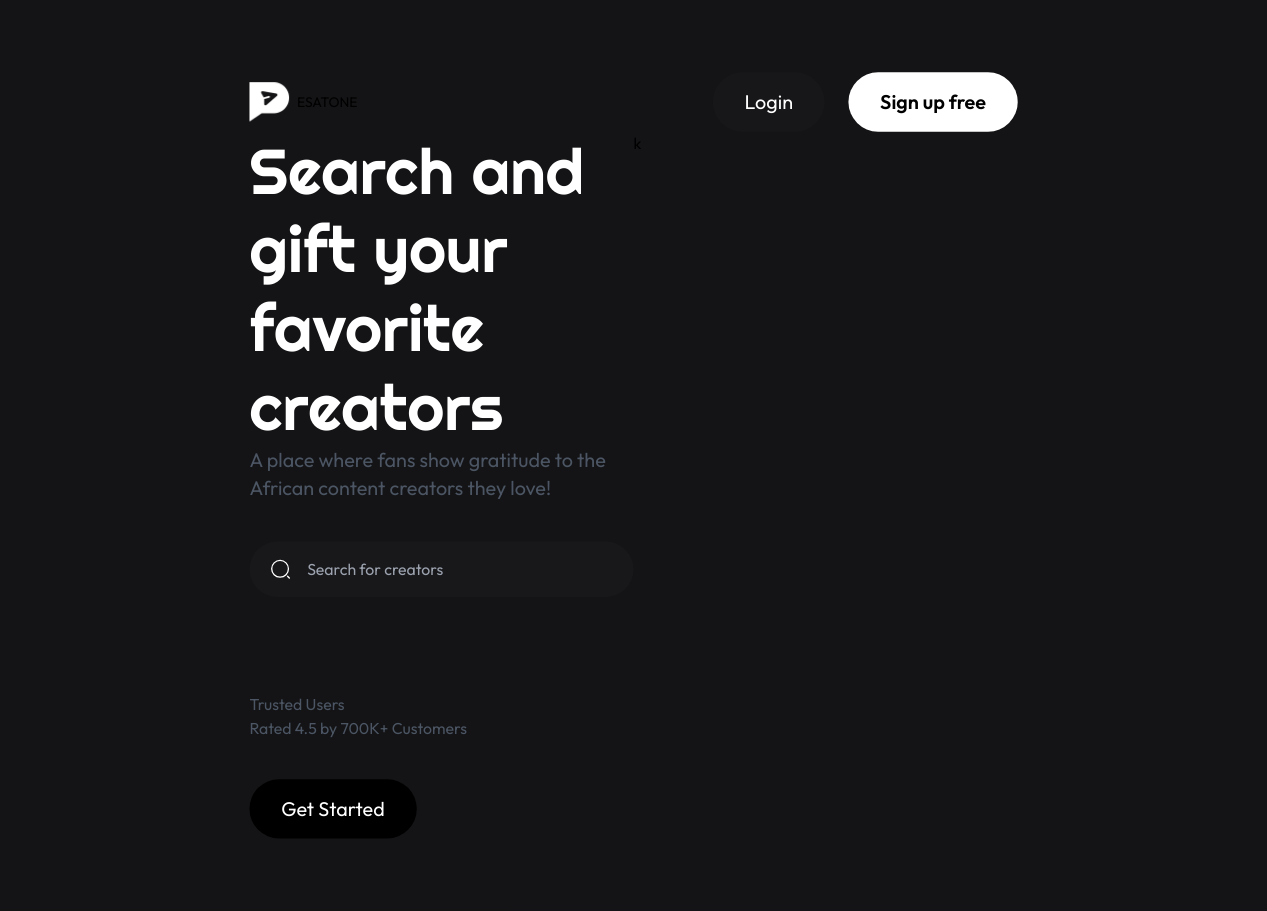
Repository: felixdusengimana/capstone-project-mirror
Page: / (app in frontend/)
An editor plug-in stored every save of this project. The page is shown before and after the next save, followed by the edit.
The browser window is 1280 px wide. The pictures show the whole page, at 99% of full size.
The project was rebuilt for these pictures with package versions that can differ from the ones it lists, and the page was loaded fresh each time. The framework's server and built-in components were replaced by stand-ins that run in the browser. Also part of the build but not shown: frontend/next.config.mjs.

Above is the page before, as saved 2024-03-11 12:33:44.

### frontend/app/layout.tsx
import type { Metadata } from "next";
import { Righteous, Outfit } from "next/font/google";
import "./globals.css";

const outfit = Outfit({ subsets: ["latin"], variable: "--font-outfit" });
const righteous = Righteous({
  subsets: ["latin"],
  variable: "--font-righteous",
  weight: "400",
});

export const metadata: Metadata = {
  title: "Pesatone - Search and gift your favorite creators",
  description:
    "A place where fans show gratitude to the African content creators they love!",
};

export default function RootLayout({
  children,
}: Readonly<{
  children: React.ReactNode;
}>) {
  return (
    <html lang="en">
      <body className={`${outfit.variable} ${righteous.variable} font-sans`}>
        {children}
      </body>
    </html>
  );
}

### frontend/app/page.tsx
import Intro from "@/components/organisms/Intro";
import Navbar from "@/components/organisms/Navbar";
import React from "react";

export default function page() {
  return (
    <div className="py-[73px]">
      <Navbar />
      <Intro />
    </div>
  );
}

### frontend/app/globals.css
@tailwind base;
@tailwind components;
@tailwind utilities;

:root {
  --bg: #141416;
  --bg-hover: #232326;
  --secondary-color: #17171A;
  --foreground-rgb: 0, 0, 0;
  --background-start-rgb: 214, 219, 220;
  --background-end-rgb: 255, 255, 255;
}

@media (prefers-color-scheme: dark) {
  :root {
    --foreground-rgb: 255, 255, 255;
    --background-start-rgb: 0, 0, 0;
    --background-end-rgb: 0, 0, 0;
  }
}

body {
  background: var(--bg);
  color: rgb(var(--foreground-rgb));
}

@layer utilities {
  .text-balance {
    text-wrap: balance;
  }
}

.page-padding {
  padding: 0 252px;
}

### frontend/components/organisms/Intro.tsx
"use client";

import Headline from "@/components/atoms/Headline";
import Search from "@/components/molecules/Search";
import Button from "../atoms/Button";

export default function Intro() {
  return (
    <div className="grid grid-cols-2 page-padding">
      <div>
        <Headline className="text-[64px] leading-[79.47px]">
          Search and gift your favorite creators
        </Headline>
        <p className="text-xl text-gray-600 max-w-[535px]">
          A place where fans show gratitude to the African content creators they
          love!
        </p>
        <Search
          className="max-w-[502px] mt-10"
          onSearch={(value) => {
            console.log({ value });
          }}
        />

        <p className="text-gray-600 mt-24 text-base">
          Trusted Users <br />
          Rated 4.5 by 700K+ Customers
        </p>
        <div>
          <Button className="mt-10">Get Started</Button>
        </div>
      </div>
      <div>k</div>
    </div>
  );
}

### frontend/components/organisms/Navbar.tsx
import Image from "next/image";
import Button from "../atoms/Button";
import Link from "next/link";

export default function Navbar() {
  return (
    <div className="page-padding flex justify-between items-center">
      <Link href={"/"} className="flex  items-center gap-2">
        <Image
          src="/logo-white.png"
          alt="PESATONElogo"
          width={40}
          height={40}
        />
        <p className="text-sm">ESATONE</p>
      </Link>
      <div className="flex items-center gap-6">
        <Link href={"/login"}>
          <Button variant="secondary" className="px-12">
            Login
          </Button>
        </Link>
        <Link href={"/join"}>
          <Button variant="white" className="font-semibold">
            Sign up free
          </Button>
        </Link>
      </div>
    </div>
  );
}

### frontend/components/atoms/Headline.tsx
import { ComponentProps } from "react";

interface HeadlineProps extends ComponentProps<"h1"> {}

export default function Headline({ ...props }: HeadlineProps) {
  return (
    <div className={`font-mono text-white ${props.className}`}>
      {props.children}
    </div>
  );
}

### frontend/components/molecules/Search.tsx
"use client";
import { ComponentProps, useEffect, useState } from "react";
import Icon from "../atoms/Icon";

interface SearchProps extends ComponentProps<"div"> {
  placeholder?: string;
  onSearch?: (query: string) => void;
  onClear?: () => void;
}
export default function Search({
  placeholder = "Search for creators",
  onSearch,
  onClear,
  ...props
}: SearchProps) {
  const [query, setQuery] = useState("");

  // return value after 300ms
  useEffect(
    () => {
      const timer = setTimeout(() => {
        onSearch?.(query);
      }, 300);
      return () => clearTimeout(timer);
    },
    // eslint-disable-next-line react-hooks/exhaustive-deps
    [query]
  );

  return (
    <div
      {...props}
      className={`flex bg-[#2C2C3033] px-5 py-4 gap-4 rounded-full ${props.className}`}
    >
      <Icon name="search" onClick={() => onSearch?.(query)} />
      <input
        type="text"
        placeholder={placeholder}
        className="w-full text-white bg-transparent outline-none"
        onChange={(e) => setQuery(e.target.value)}
      />
    </div>
  );
}

### frontend/components/atoms/Button.tsx
import { ComponentProps } from "react";

interface ButtonProps extends ComponentProps<"button"> {
  variant?: "dark" | "white" | "blurred" | "secondary";
  size?: "sm" | "md" | "lg";
  bordered?: boolean;
}

export default function Button({ ...props }: ButtonProps) {
  const { variant = "dark", size = "md", bordered = false } = props;

  const variantClasses = {
    dark: "bg-black text-white",
    white: "bg-white text-black",
    secondary: "bg-secondary text-white",
    blurred: "bg-blurred text-white",
  };

  const sizeClasses = {
    sm: "px-2 py-1",
    md: "px-8 py-4",
    lg: "px-6 py-3",
  };

  const borderClasses = bordered ? "border border-black" : "";

  return (
    <button
      {...props}
      className={`text-xl font-normal rounded-full ${variantClasses[variant]} ${sizeClasses[size]} ${borderClasses} ${props.className}`}
    >
      {props.children}
    </button>
  );
}

### frontend/components/atoms/Icon.tsx
import { ComponentProps } from "react";

interface IconProps extends ComponentProps<"svg"> {
  name: "user" | "search" | "google-play" | "apple-store";
}

function User({ ...props }) {
  return (
    <svg
      width="41"
      height="40"
      viewBox="0 0 41 40"
      fill="none"
      xmlns="http://www.w3.org/2000/svg"
      {...props}
    >
      <path
        d="M20.5 17.5C23.2614 17.5 25.5 15.2614 25.5 12.5C25.5 9.73858 23.2614 7.5 20.5 7.5C17.7386 7.5 15.5 9.73858 15.5 12.5C15.5 15.2614 17.7386 17.5 20.5 17.5Z"
        stroke="#4B5563"
        stroke-width="2.5"
        stroke-linecap="round"
        stroke-linejoin="round"
      />
      <path
        d="M33 34.1666C32.2083 18.6116 8.79167 18.6116 8 34.1666"
        stroke="#4B5563"
        stroke-width="2.5"
        stroke-linecap="round"
        stroke-linejoin="round"
      />
    </svg>
  );
}

function Search({ ...props }) {
  return (
    <svg
      width="25"
      height="24"
      viewBox="0 0 25 24"
      fill="none"
      xmlns="http://www.w3.org/2000/svg"
      {...props}
    >
      <path
        d="M12.25 21C17.4967 21 21.75 16.7467 21.75 11.5C21.75 6.25329 17.4967 2 12.25 2C7.00329 2 2.75 6.25329 2.75 11.5C2.75 16.7467 7.00329 21 12.25 21Z"
        stroke="white"
        stroke-width="1.5"
        stroke-linecap="round"
        stroke-linejoin="round"
      />
      <path
        d="M22.75 22L20.75 20"
        stroke="white"
        stroke-width="1.5"
        stroke-linecap="round"
        stroke-linejoin="round"
      />
    </svg>
  );
}

function GooglePlay({ ...props }) {
  return (
    <svg
      width="24"
      height="26"
      viewBox="0 0 24 26"
      fill="none"
      xmlns="http://www.w3.org/2000/svg"
      {...props}
    >
      <path
        d="M0.5 1.8021C0.5 1.51614 0.542639 1.28558 0.609847 1.10408L12.3649 12.8601L0.609492 24.6155C0.542481 24.4343 0.5 24.2041 0.5 23.9181V1.8021Z"
        fill="#DBDBDB"
        stroke="#141416"
      />
      <path
        d="M21.7947 13.8705L17.1402 16.5151L13.4871 12.8602L17.1401 9.20711L21.795 11.8518C22.4025 12.1971 22.5898 12.5815 22.5898 12.8607C22.5898 13.14 22.4024 13.5247 21.7947 13.8705Z"
        fill="#DBDBDB"
        stroke="#141416"
      />
      <path
        d="M12.9249 13.5672L1.28237 25.2107C1.53963 25.2489 1.87564 25.1875 2.29386 24.9504L12.9249 13.5672ZM12.9249 13.5672L16.3313 16.9736L2.29424 24.9502L12.9249 13.5672Z"
        fill="#DBDBDB"
        stroke="#141416"
      />
      <path
        d="M2.29386 0.770789L2.29389 0.770804L16.3314 8.74667L12.9258 12.1539L1.28212 0.510202C1.53951 0.471751 1.87563 0.533127 2.29386 0.770789Z"
        fill="#DBDBDB"
        stroke="#141416"
      />
    </svg>
  );
}

function AppleStore({ ...props }) {
  return (
    <svg
      width="18"
      height="22"
      viewBox="0 0 18 22"
      fill="none"
      xmlns="http://www.w3.org/2000/svg"
      {...props}
    >
      <path
        d="M14.8872 11.6924C14.9088 10.0114 15.8116 8.42082 17.2437 7.54036C16.3402 6.25004 14.827 5.43194 13.2526 5.38268C11.5733 5.20642 9.94537 6.38751 9.08966 6.38751C8.21739 6.38751 6.89989 5.40018 5.48116 5.42937C3.6319 5.48911 1.90794 6.5405 1.00824 8.15724C-0.925764 11.5057 0.516826 16.4267 2.36944 19.1333C3.29634 20.4587 4.37962 21.9391 5.79707 21.8866C7.18413 21.8291 7.70217 21.0021 9.37647 21.0021C11.0352 21.0021 11.5213 21.8866 12.9675 21.8532C14.4558 21.8291 15.3936 20.522 16.288 19.1841C16.954 18.2397 17.4664 17.196 17.8064 16.0916C16.0573 15.3518 14.8892 13.5916 14.8872 11.6924Z"
        fill="#DBDBDB"
      />
      <path
        d="M12.1555 3.60268C12.967 2.62847 13.3668 1.37629 13.27 0.112061C12.0302 0.242281 10.8849 0.83484 10.0624 1.77167C9.25815 2.687 8.83959 3.91715 8.91872 5.13306C10.159 5.14583 11.3783 4.56933 12.1555 3.60268Z"
        fill="#DBDBDB"
      />
    </svg>
  );
}

export default function Icon({ name, ...props }: IconProps) {
  switch (name) {
    case "user":
      return <User {...props} />;
    case "search":
      return <Search {...props} />;
    case "google-play":
      return <GooglePlay {...props} />;
    case "apple-store":
      return <AppleStore {...props} />;
    default:
      return null;
  }
}

### frontend/tailwind.config.ts
import type { Config } from "tailwindcss";

const config: Config = {
  content: [
    "./pages/**/*.{js,ts,jsx,tsx,mdx}",
    "./components/**/*.{js,ts,jsx,tsx,mdx}",
    "./app/**/*.{js,ts,jsx,tsx,mdx}",
  ],
  theme: {
    extend: {
      // backgroundImage: {
      //   "gradient-radial": "radial-gradient(var(--tw-gradient-stops))",
      //   "gradient-conic":
      //     "conic-gradient(from 180deg at 50% 50%, var(--tw-gradient-stops))",
      // },
      fontFamily: {
        sans: ["var(--font-outfit)"],
        mono: ["var(--font-righteous)"],
      },
      colors: {
        secondary: "var(--secondary-color)",
      },
    },
  },
  plugins: [],
};
export default config;

### frontend/components/molecules/DownloadApp.tsx
import { ComponentProps } from "react";
import Icon from "../atoms/Icon";

interface DownloadAppProps extends ComponentProps<"div"> {
  os: "android" | "ios";
}

export default function DownloadApp({ os, ...props }: DownloadAppProps) {
  return (
    <div {...props} className={`flex items-center gap-4 px-10 py-4`}>
      <Icon name={os == "android" ? "google-play" : "apple-store"} />
      <div>
        <p className="text-[#DBDBDB] font-medium text-[10px]">
          {os == "android" ? "Get it On" : "Download on the"}
        </p>
        <h3 className="text-[#DBDBDB] font-bold text-sm">
          {os == "android" ? "Google Play" : "App Store"}
        </h3>
      </div>
    </div>
  );
}

After the next save:
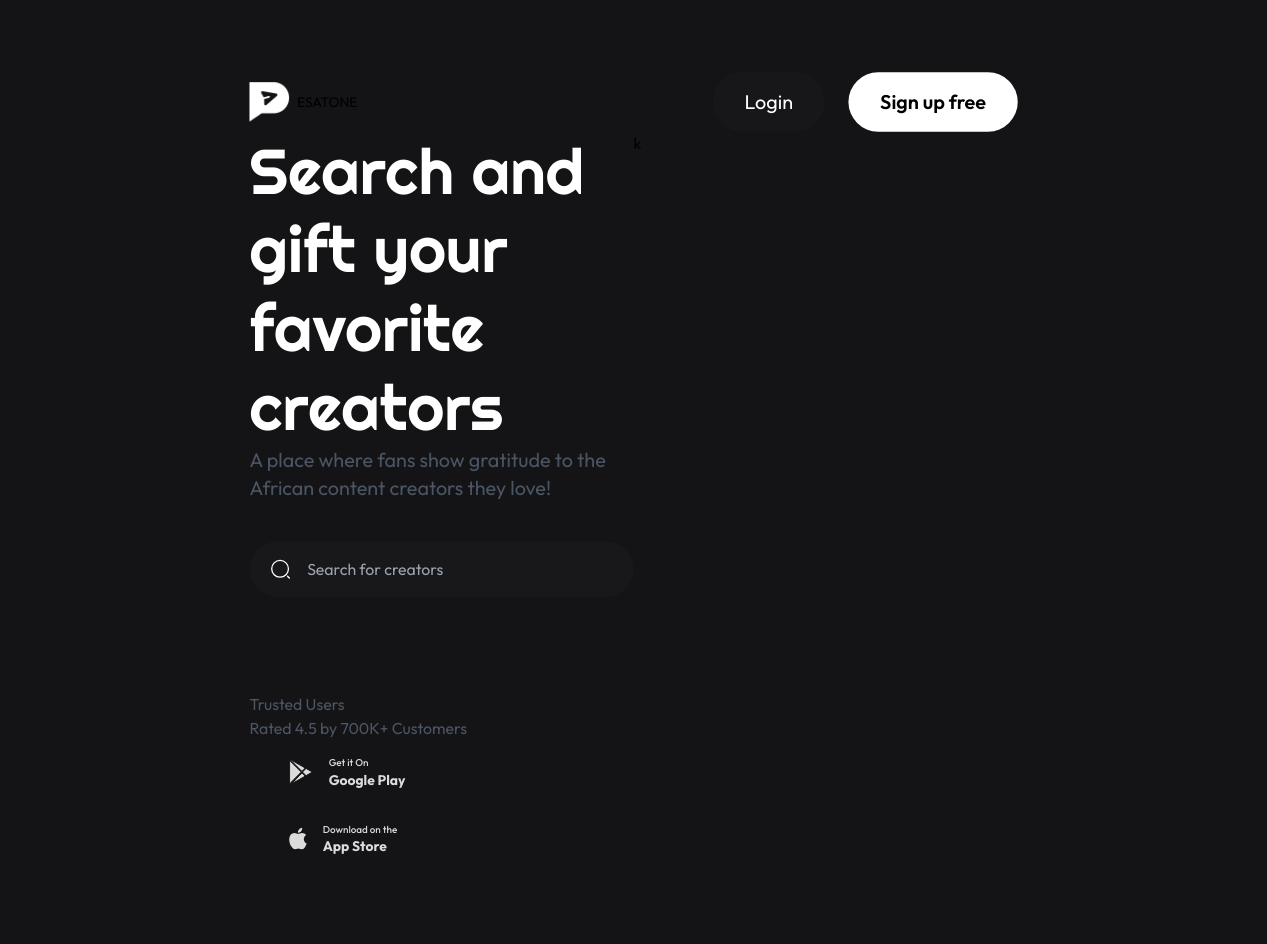
Saved 17 s later.
--- a/frontend/components/organisms/Intro.tsx
+++ b/frontend/components/organisms/Intro.tsx
@@ -2,7 +2,7 @@
 
 import Headline from "@/components/atoms/Headline";
 import Search from "@/components/molecules/Search";
-import Button from "../atoms/Button";
+import DownloadApp from "../molecules/DownloadApp";
 
 export default function Intro() {
   return (
@@ -27,7 +27,8 @@ export default function Intro() {
           Rated 4.5 by 700K+ Customers
         </p>
         <div>
-          <Button className="mt-10">Get Started</Button>
+          <DownloadApp os="android" />
+          <DownloadApp os="ios" />
         </div>
       </div>
       <div>k</div>
